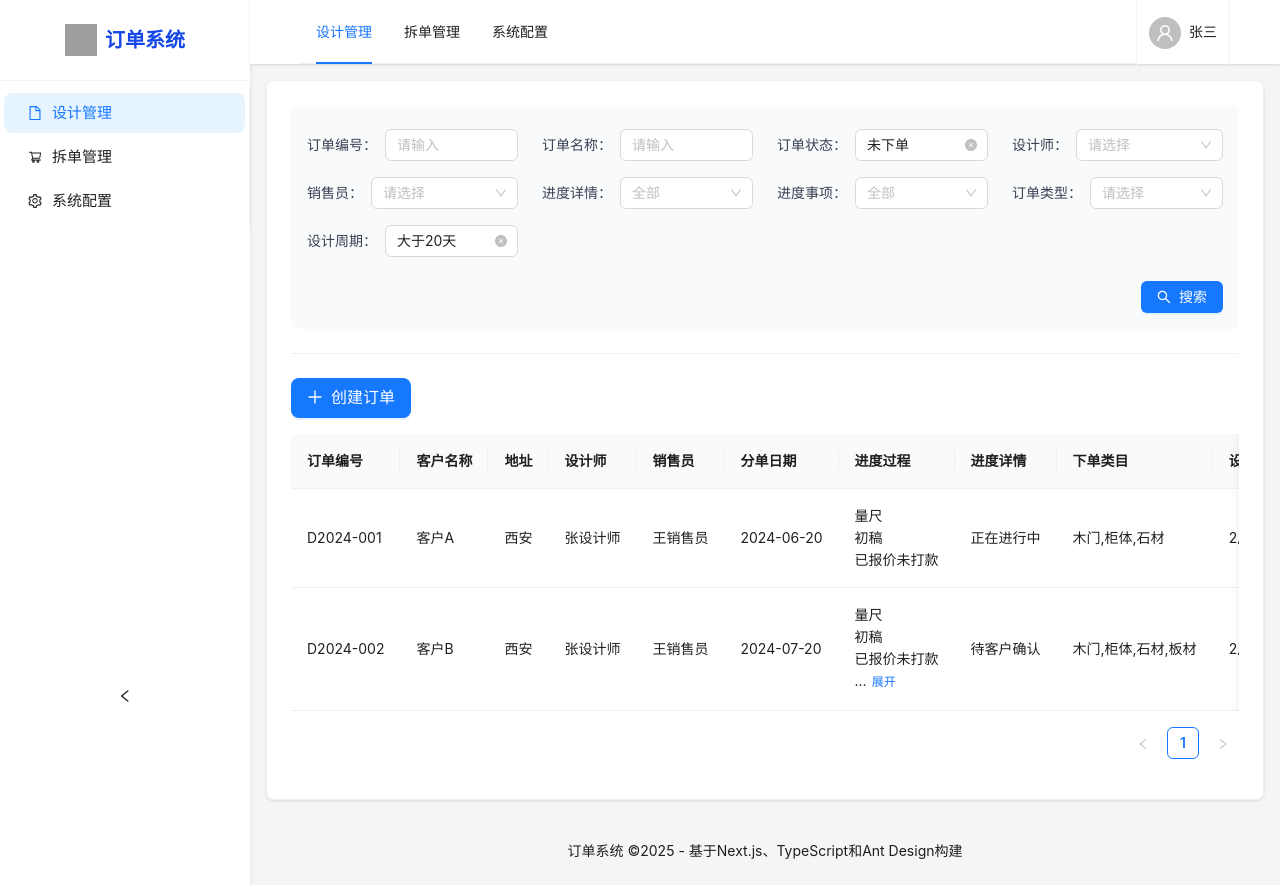
Repository: Garyxiwang/order_system
Page: /design (app in front/)
An editor plug-in stored every save of this project. The page is shown before and after the next save, followed by the edit.
The browser window is 1280 px wide. The pictures show the whole page.
Pictures or frames that could not be fetched are drawn as grey boxes. The project was rebuilt for these pictures with package versions that can differ from the ones it lists, and the page was loaded fresh each time. The framework's server and built-in components were replaced by stand-ins that run in the browser. Also part of the build but not shown: front/next.config.js, front/next.config.ts.

Above is the page before, as saved 2025-08-04 15:40:03.

After the next save:
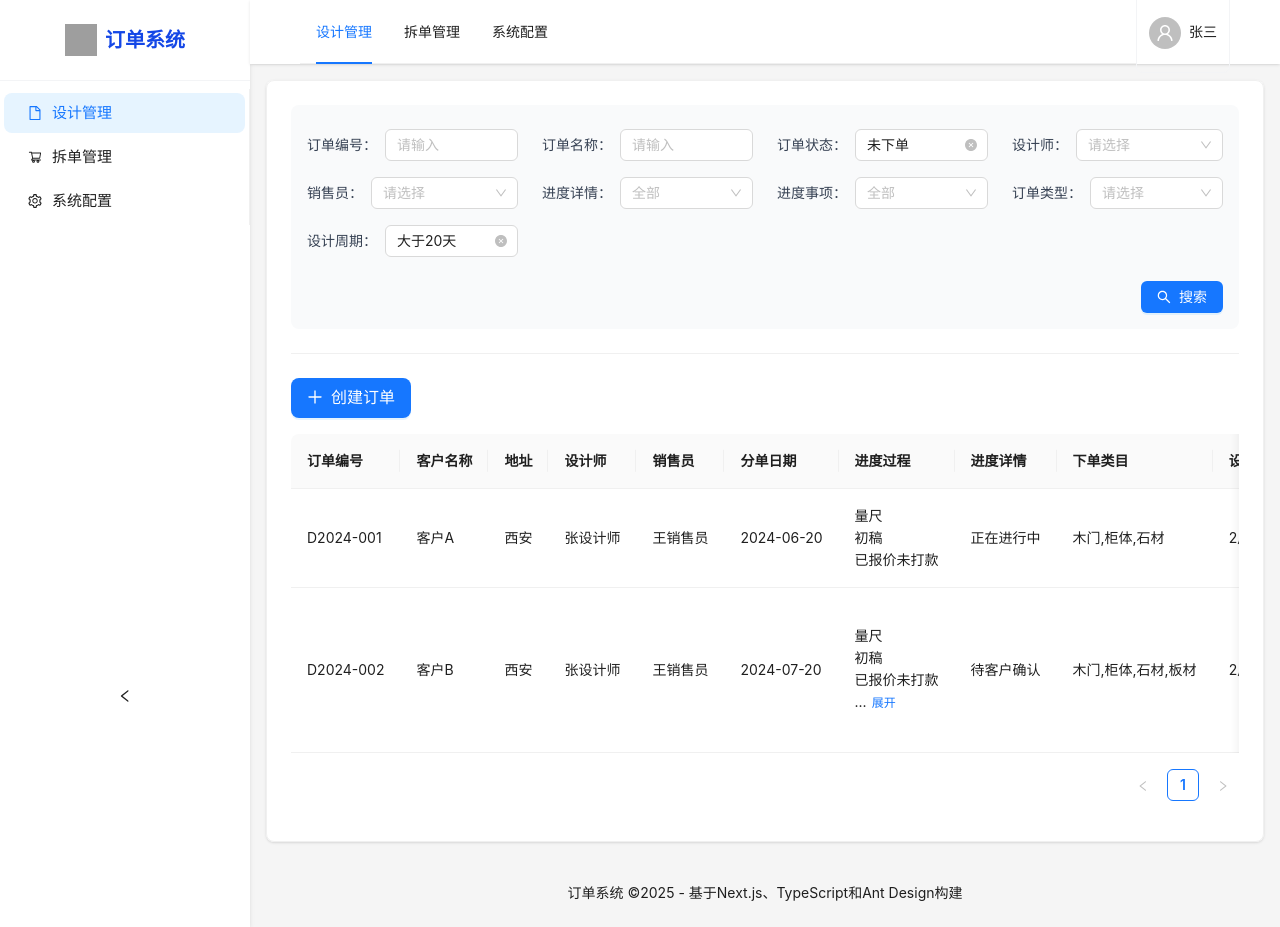
Saved 5 s later.
--- a/front/src/app/design/page.tsx
+++ b/front/src/app/design/page.tsx
@@ -53,7 +53,7 @@ const DesignPage: React.FC = () => {
       cycle: "2周",
       state: "已下单",
       orderType: "设计单",
-      remark: "一个很长很长很长很长很很长很长很很长很长很长很长很长很长的备注",
+      remark: "一个很长很长很长很长很很长很长很很长很长很很长很长很很长很长很很长很长很很长很长很长很长很长很长的备注",
     },
   ];
 
